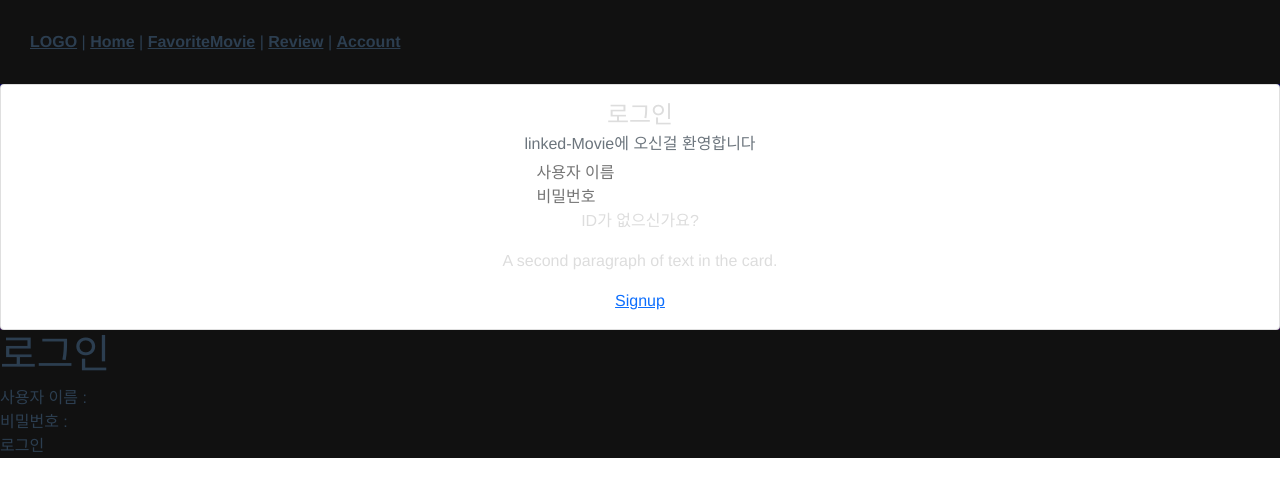
Repository: chomyoenggeun/linkedmovie
Page: /account/login (app in front/)
These files come from the project's save history. The page is drawn as it stood at one moment and after the next save; the edit follows.
The browser window is 1280 px wide. The pictures show the whole page.
The project was rebuilt for these pictures with package versions that can differ from the ones it lists, and the page was loaded fresh each time. Also part of the build but not shown: front/vue.config.js, front/src/components/MovieCard.vue, front/src/views/Home.vue, front/src/views/accounts/Account.vue, front/src/views/accounts/Signup.vue, front/src/views/FavoriteMovie.vue, front/src/views/Mypage.vue, front/src/components/DmovieReviewItem.vue and 10 more.

Above is the page before, as saved 2021-11-24 04:59:41.

### front/src/main.js
import Vue from 'vue'
import App from './App.vue'
import router from './router'
import store from './store'
import vuetify from './plugins/vuetify'
import BootstrapVue from 'bootstrap-vue'
import 'bootstrap/dist/css/bootstrap.min.css'
import 'bootstrap-vue/dist/bootstrap-vue.css'

Vue.use(BootstrapVue)
Vue.config.productionTip = false

new Vue({
  router,
  store,
  vuetify,
  render: h => h(App)
}).$mount('#app')

### front/src/App.vue
<template>
  <div id="app">
    <div id="nav">
      <router-link class="menubt" to="/home">LOGO</router-link> |
      <router-link class="menubt" to="/home">Home</router-link> |
      <router-link class="menubt" to="/favorite-movie">FavoriteMovie</router-link> |
      <router-link class="menubt" to="/review">Review</router-link> |
      <span v-if="isLogin">
        <router-link class="menubt_right" to="/mypage"
        >Mypage</router-link> |
      </span>
      <span v-else>
        <router-link class="menubt" to="/account">Account</router-link>
      </span>
    </div>
    <router-view
    @login="isLogin=true"/>
  </div>
</template>

<script>
export default {
  name : 'App',
    data: function(){
    return {
      isLogin: false,
    }
  },
  created : function(){
    const token = localStorage.getItem('jwt')
    if(token){
      this.isLogin = true
    }
  },
  methods : {
    checkLogin: function(loginState){
      this.isLogin = loginState
    }
  }

}
</script>

<style>
#app {
  font-family: Avenir, Helvetica, Arial, sans-serif;
  -webkit-font-smoothing: antialiased;
  -moz-osx-font-smoothing: grayscale;
  /* text-align: center; */
  color: #2c3e50;
  background: #111111;
}

#nav {
  padding: 30px;
}

#nav a {
  font-weight: bold;
  color: #2c3e50;
}
/* .menubt{
  padding : 20px;
  background: #255ca3;
  list-style:none;
} */
.menubt:hover{
  background:#255ca3; margin:auto; position:relative; display:box;
}
.menubt_rigth{
  text-align: right;
}

#nav a.router-link-exact-active {
  color: #dddddd;
}
</style>

### front/src/router/index.js
import Vue from 'vue'
import VueRouter from 'vue-router'
import Home from '../views/Home.vue'
import Account from '../views/accounts/Account.vue'
import Login from '../views/accounts/Login.vue'
import Signup from '../views/accounts/Signup.vue'
import FavoriteMovie from '../views/FavoriteMovie.vue'
import Mypage from '../views/Mypage.vue'
import Movie from '../components/Movie.vue'
import Review from '../views/Review.vue'
import MovieReviewForm from '../components/MovieReviewForm.vue'
import MovieReviewCommunity from '../components/MovieReviewCommunity.vue'
// import MovieReviewCreate from '../components/MovieReviewCreate.vue'

Vue.use(VueRouter)

const routes = [
  {
    path: '/home',
    name: 'Home',
    component: Home
  },
  {
    path: '/favorite-movie',
    name: 'FavoriteMovie',
    component : FavoriteMovie
  },
  /////////////////////////////////
  //account//
  {
    path: '/account',
    name: 'Account',
    component : Account,
  },
  {
    path: '/account/login',
    name: 'Login',
    component : Login,
  },
  {
    path: '/account/signup',
    name: 'Signup',
    component : Signup,
  },
  //account//
  /////////////////////////////////
  {
    path: '/mypage',
    name: 'Mypage',
    component : Mypage,
  },
  {
    path: '/home/movie/:movieId',
    name: 'Movie',
    component : Movie
  },
///////////////////////////////////////////////////
//////////리뷰작성///////////
  {
    path: '/review',
    name: 'Review',
    component : Review
  },
  {
    path: '/review/create',
    name: 'MovieReviewForm',
    component : MovieReviewForm
  },
  {
    path: '/review/detail/:reviewId',
    name: 'MovieReviewCommunity',
    component: MovieReviewCommunity
  }
  ////////////////////////////////////////////////////////
  // {
  //   path: '/movie-review-create',
  //   name: 'MovieReviewCreate',
  //   component : MovieReviewCreate
  // },

]

const router = new VueRouter({
  mode: 'history',
  base: process.env.BASE_URL,
  routes
})

export default router

### front/src/store/index.js
import Vue from 'vue'
import Vuex from 'vuex'
import axios from 'axios'
import router from '../router'

Vue.use(Vuex)

export default new Vuex.Store({
  state: {
    movieCards: [],
    carosalCards : [],
    loginState : false,
    loginjwt : null,
    reviews: [],
    user : null,
    comments : [],
    moviereviews: [],
  },
  mutations: {
    // GET_LOGIN_USER: function(state,res){
    //   state.user = res

    // },
    LOAD_MOVIE_CARDS:function(state, results){
      state.movieCards = results
    },
    GET_REVIEWS:function(state, res){
      state.reviews = res
      // console.log(state.reviews)
    },
    GET_MOVIE_REVIEWS : function(state,res){
      state.moviereviews = res
    },
    CREATE_REVIEWS : function(state, res){
      state.reviews.push(res)
      // console.log(state.reviews)
    },
    UPDATE_REVIEW : function(state,reviewItem){
      state.reviews = state.reviews.map((review) => {
        if (review === reviewItem){
          return { ...review,
            title: reviewItem.titie,
            content: reviewItem.content,
            rank: reviewItem.rank
          }
        }
        return review
      })
    },
    DELETE_REVIEW : function(state, reviewItem){
      const index = state.reviews.indexOf(reviewItem)
      state.reviews.splice(index,1)
    },
    GET_COMMENTS : function(state,res){
      state.comments = res
    },
    CREATE_COMMENT : function(state, res){
      state.comments.push(res)
    },
    DELETE_COMMENT : function(state,commentItem){
      const index = state.comments.indexOf(commentItem)
      state.comments.splice(index, 1)
    }
  },
  actions: {
    // getLoginUser: function({commit},token){
    //   axios({
    //     method: 'get',
    //     url:'http://123.0.01:8000/account/api-token-auth/',
    //     headers: token,
    //   })
    //     .then(res =>{
    //       console.log(res)
    //       commit('GET_LOGIN_USER')
    //     })
    // },
    // 로그인 정보 보내기
    // Login: function(context){
    //   axios({
    //     method: 'post',
    //     url: 'http://127.0.0.1:8000/accounts/signup/',
    //     data: this.credentials
    //   })
    //     .then(()=>{
    //       console.log(context)
    //       context.commit('LOGIN',context)
    //       this.$router.push({name: 'Login'})
    //     })
    //     .catch(err =>{
    //       console.log(err)
    //     })
    // },
    // 영화 불러오기
    LoadMovieCards: function({commit},token){
      axios({
        method: 'get',
        url: 'http://127.0.0.1:8000/movies/',
        headers: token,
      })
        .then(res => {
          console.log(res.data)
          commit('LOAD_MOVIE_CARDS',res.data)
        })
    },
    LoadGenreData : function({commit},token){
      axios({
        method: 'get',
        url:`http://127.0.0.1:8000/movies/genres/`,
        headers: token,
      })
        .then(res =>{
          console.log(res.data)
          commit('LOAD_GENRE_DATA',res.data)
        })
    },
    // LikeMovie:function({commit},token){
    //   axios({
    //     method: 'put',
    //     url: 'http://127.0.0.1:8000/movies/',
    //     headers: token,
    //   })
    // },
    getReviews: function({commit},token){
      axios({
        method: 'get',
        url: `http://127.0.0.1:8000/community/`,
        headers: token,
      })
        .then(res => {
          // console.log(res.data)
          commit('GET_REVIEWS',res.data)
        })
        .catch(err => {
          console.log(err)
        })
    },
    createReviews: function({commit},object){
      axios({
        method: 'post',
        url:'http://127.0.0.1:8000/community/',
        headers: object.token,
        data: object.reviewItem,
      })
        .then(res => {
          console.log(res)
          commit('CREATE_REVIEWS')
          router.push({ name:'Review' })
          router.go()
        })
        .catch(err => {
          console.log(err)
        })
    },
    updateReview: function({commit},object){
      axios({
        method: 'PUT',
        url:`http://127.0.0.1:8000/community/${object.review_id}/`,
        data:object.reviewItem,
        headers: object.token
      })
        .then(() => {
          commit('UPDATE_REVIEW')
        })
        .catch(err => {
          console.log(err)
        })
    },
    deleteReview({commit},object){
      axios({
        method: 'DELETE',
        url:`http://127.0.0.1:8000/community/${object.review_id}/`,
        headers: object.token,

      })
        .then(res=>{
          console.log(res)
          commit('DELETE_REVIEW')
        })
        .catch(err =>{
          console.log(err)
        })
    },
    getComments({commit},object){
      axios({
        method: 'GET',
        url:`http://127.0.0.1:8000/community/${object.review_id}/comments/`,
        headers: object.token,

      })
        .then((res) => {
          // console.log(object.review_id)
          // console.log(res)
          commit('GET_COMMENTS',res.data)
        })
        .catch(err => {
          console.log(err)
        })
    },
    createComment({commit},object){
      axios({
        method: 'POST',
        url:`http://127.0.0.1:8000/community/${object.review_id}/comments/`,
        data: object.commentItem,
        headers: object.token,
      })
        .then((res) =>{
          commit('CREATE_COMMENT', res.data)
        })
        .catch(err =>{
          console.log(err)
        })
    },
    deleteComment({commit},object){
      axios({
        method:'DELETE',
        url: `http://127.0.0.1:8000/community/comments/${object.comment_id}/`,
        headers: object.token
      })
        .then((res)=>{
          console.log(res)
          commit('DELETE_COMMENT',res.data)
          router.go()
        })
        .catch(err =>{
          console.log(err)
        })
    },
    getMovieReviews({commit},object){
      axios({
        method: 'GET',
        url:`http://127.0.0.1:8000/movies/moviereviews/`,
        headers: object.token,
      })
        .then((res) => {
          // console.log(object.review_id)
          // console.log(res)
          commit('GET_MOVIE_REVIEWS',res.data)
        })
        .catch(err => {
          console.log(err)
        })
    }
  },

  modules: {
  }
})

### front/src/views/accounts/Login.vue
<template>
  <div>

    <!-- <div class="login-page">
      <transition name="fade">
         <div v-if="!registerActive" class="wallpaper-login"></div>
      </transition>
      <div class="wallpaper-register"></div>

      <div class="container">
         <div class="row m-6 p-6">
            <div class="col-lg-4 col-md-6 col-sm-8 mx-auto">
               <div v-if="!registerActive" class="card login" v-bind:class="{ error: emptyFields }">
                  <h1>Sign In</h1>
                  <form class="form-group">
                     <input v-model="emailLogin" type="email" class="form-control" placeholder="Email" required>
                     <input v-model="passwordLogin" type="password" class="form-control" placeholder="Password" required>
                     <input type="submit" class="btn btn-primary" @click="doLogin">
                     <p>Don't have an account? <a href="#" @click="registerActive = !registerActive, emptyFields = false">Sign up here</a>
                     </p>
                     <p><a href="#">Forgot your password?</a></p>
                  </form>
               </div>

               <div v-else class="card register" v-bind:class="{ error: emptyFields }">
                  <h1>Sign Up</h1>
                  <form class="form-group">
                     <input v-model="emailReg" type="email" class="form-control" placeholder="Email" required>
                     <input v-model="passwordReg" type="password" class="form-control" placeholder="Password" required>
                     <input v-model="confirmReg" type="password" class="form-control" placeholder="Confirm Password" required>
                     <input type="submit" class="btn btn-primary" @click="doRegister">
                     <p>Already have an account? <a href="#" @click="registerActive = !registerActive, emptyFields = false">Sign in here</a>
                     </p>
                  </form>
               </div>
            </div>
         </div>

      </div>
   </div> -->

    <div class="to-center bg-color">
      <b-card title="로그인" sub-title="linked-Movie에 오신걸 환영합니다">
        <div>
          <input type="text" placeholder="사용자 이름"
          id="username"
          v-model="credentials.username">
        </div>
        <div>
          <input type="password"
          id="password" placeholder="비밀번호"
          v-model="credentials.password"
          @keyup.enter="login">
        </div>
        <b-card-text>
          ID가 없으신가요?
        </b-card-text>

        <b-card-text>A second paragraph of text in the card.</b-card-text>
        <router-link to="/account/signup">Signup</router-link>
      </b-card>
    </div>


    <h1>로그인</h1>
    <div>
      <label for="username">사용자 이름 : </label>
      <input type="text"
      id="username"
      v-model="credentials.username">
    </div>
    <div>
      <label for="password">비밀번호 : </label>
      <input type="password"
      id="password"
      v-model="credentials.password"
      @keyup.enter="login">
    </div>
    <button @click="login">로그인</button>
  </div>
</template>

<script>
import axios from 'axios'

export default {
  name : 'Login',
  data: function(){
    return {
      credentials: {
        username: null,
        password: null,
        isLogin: false,
      }
    }
  },
  props:{
    loginState : String,
  },
  methods: {
    login: function(){
      axios({
        method: 'post',
        url: 'http://127.0.0.1:8000/accounts/api-token-auth/',
        data: this.credentials,
      })
        .then(res => {
          console.log(this.credentials)
          localStorage.setItem('jwt',res.data.token)
          this.$emit('login')
          this.$emit('is-login',true)
          this.$router.push({ name: 'Home'})
        })
        .catch(err =>{
          console.log(err)
        })
    }
  }
}
</script>

<style scoped>
.to-center{
  text-align: center;
}
.bg-color{
  background: rgb(6,5,87);
  background: linear-gradient(180deg, rgba(6,5,87,1) 0%, rgba(43,12,69,1) 100%);
  color: #dddddd;
  padding: auto
}
</style>

Loaded but not shown: front/public/index.html (common file); front/src/plugins/vuetify.js (common file)

After the next save:
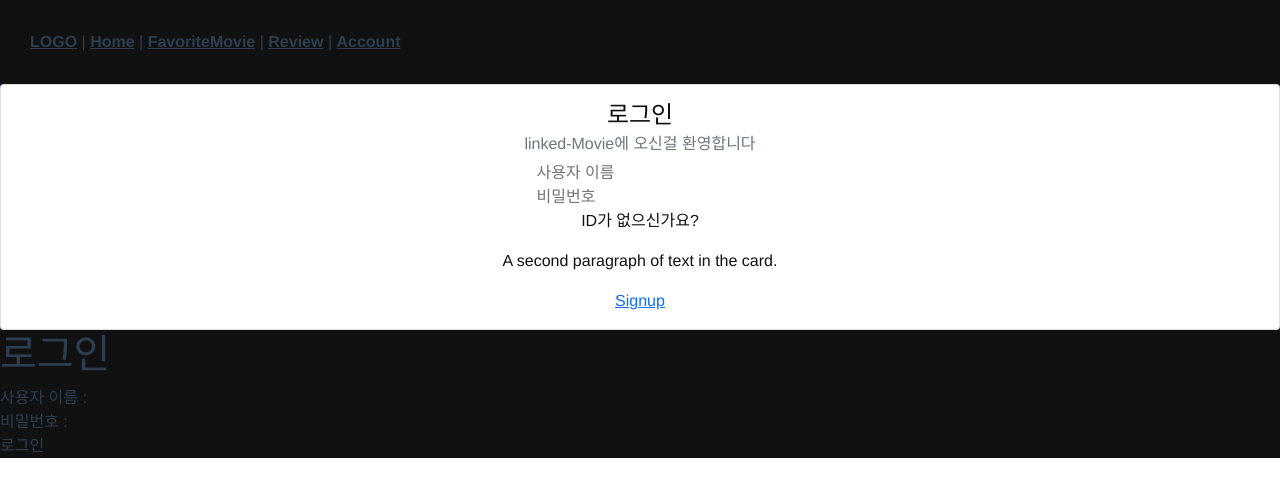
Saved 23 s later.
--- a/front/src/views/accounts/Login.vue
+++ b/front/src/views/accounts/Login.vue
@@ -126,7 +126,7 @@ export default {
 .bg-color{
   background: rgb(6,5,87);
   background: linear-gradient(180deg, rgba(6,5,87,1) 0%, rgba(43,12,69,1) 100%);
-  color: #dddddd;
+  color: #111111;
   padding: auto
 }
 </style>
